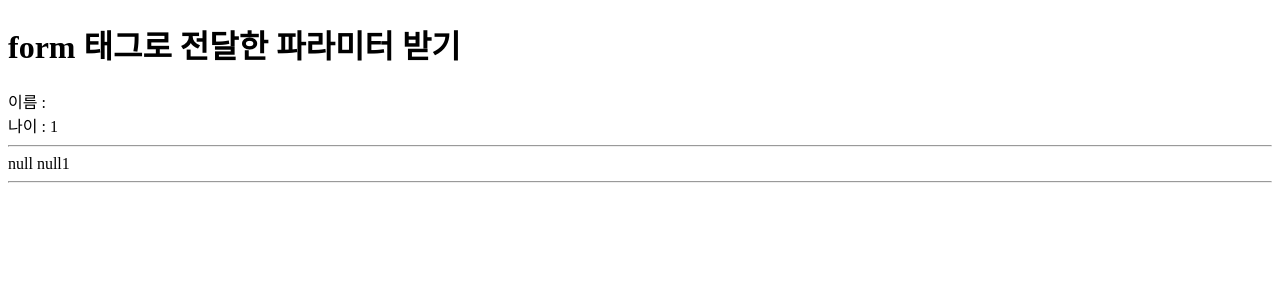
Repository: havanara/240411_JSTL_Project
Page: http://localhost/jstl_study/step-4.jsp
These files come from the project's save history. The page is drawn as it stood at one moment and after a run of saves; the edit follows.
The browser window is 1280 px wide. The pictures show the whole page.
The page is served by Tomcat 9. Other server files are loaded and not shown.

Above is the page before, as saved 2024-04-11 03:39:27.

### jstl_study/src/main/webapp/step-4.jsp
<%@ page language="java" contentType="text/html; charset=UTF-8"
    pageEncoding="UTF-8"%>
    <%@ taglib uri="http://java.sun.com/jsp/jstl/core" prefix="c" %>
<!DOCTYPE html>
<html>
<head>
<meta charset="UTF-8">
<title>Insert title here</title>
</head>
<body>

<h1>form 태그로 전달한 파라미터 받기</h1>
<!-- EL 태그 방식은 내부적으로 형변환을 하여 연산 가능 -->
이름 : ${param.name } <br>
나이 : ${param.age+1 } <br>

<hr>

<!-- 스크립틀릿 방식으로 파라미터 가져오기 -->
<!-- 파라미터 값을 무조건 문자열로 인식하여 연산 불가능(형변환 필요) -->
<%=request.getParameter("name") %>
<%=request.getParameter("age")+1 %>

<!-- c:if이용하여 나이가 18세 이하면 미성년자 입니다 라고 출력 -->
<c:if test="${param.age <= 18 }">
	<h2>${param.name }은 미성년자 입니다.</h2>
</c:if>

<hr>

<!-- choose를 사용하여 다중조건 처리 -->
<!-- age가 19세이상 성인 / 15세이상 청소년 / 5세이상 어린이 / 나머지 유아 -->

</body>
</html>

After the next 6 saves:
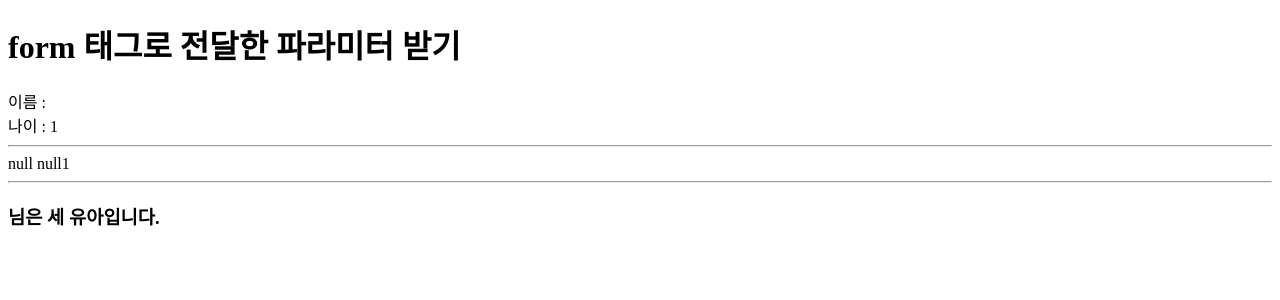
The 6 saves are shown as one change because 5 did not build or start.
The last was saved 4 min 42 s later.
--- a/jstl_study/src/main/webapp/step-4.jsp
+++ b/jstl_study/src/main/webapp/step-4.jsp
@@ -30,6 +30,21 @@
 
 <!-- choose를 사용하여 다중조건 처리 -->
 <!-- age가 19세이상 성인 / 15세이상 청소년 / 5세이상 어린이 / 나머지 유아 -->
+<!-- c:when(조건을 주고) / c:otherwise(디폴트) -->
+<c:choose>
+	<c:when test="${param.age >= 19 }">
+		<h3>${param.name }님은 ${param.age }세 성인입니다.</h3>
+	</c:when>
+	<c:when test="${param.age >= 15 }">
+		<h3>${param.name }님은 ${param.age }세 청소년입니다.</h3>
+	</c:when>
+	<c:when test="${param.age >= 5 }">
+		<h3>${param.name }님은 ${param.age }세 어린이입니다.</h3>
+	</c:when>
+	<c:otherwise>
+		<h3>${param.name }님은 ${param.age }세 유아입니다.</h3>
+	</c:otherwise>
+</c:choose>
 
 </body>
 </html>
